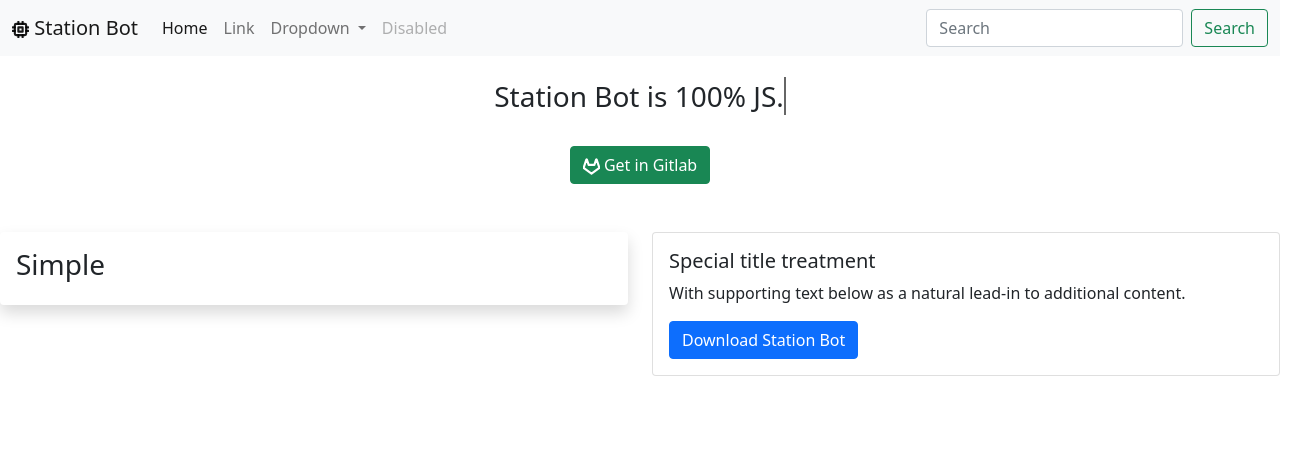
Repository: Valenplayer3000/StationBot-Web
Page: index.html
The author's editor kept a copy of each file at every save. The page is drawn from the files as they stood at one save, then again after the next save.
The browser window is 1280 px wide. The page is 1292 px wide, so the pictures cover 1292 px, including what lies to the right of the window. The pictures show the whole page.
Some web libraries are served in a nearby version.

Above is the page before, as saved 2021-11-01 13:06:31.

After the next save:
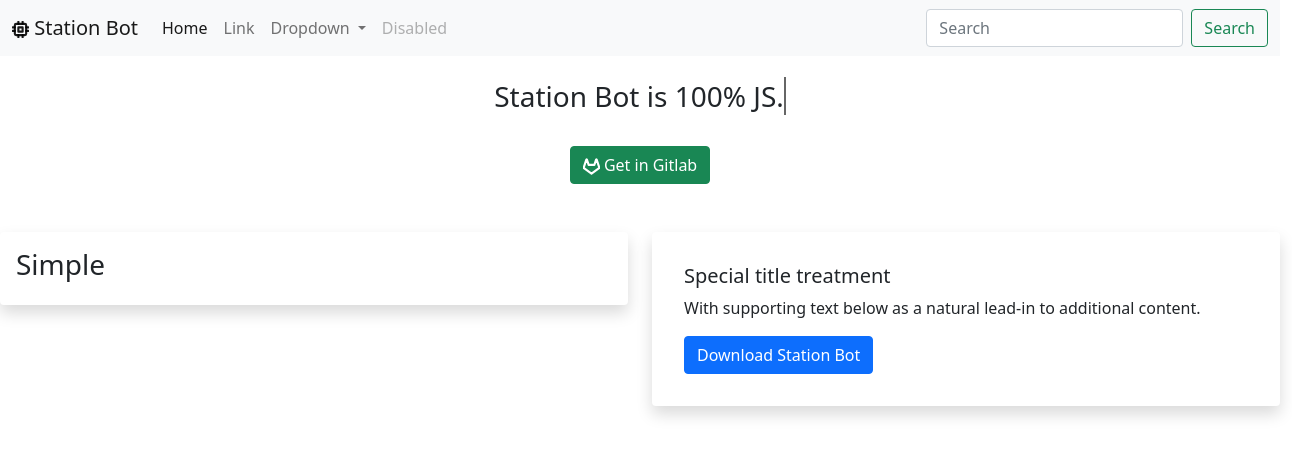
Saved 19 h 44 min later.
--- a/index.html
+++ b/index.html
@@ -70,7 +70,7 @@
           </div>
         </div>
         <div class="col-sm-6">
-          <div class="card">
+          <div class="shadow p-3 mb-5 bg-body rounded">
             <div class="card-body">
               <h5 class="card-title">Special title treatment</h5>
               <p class="card-text">With supporting text below as a natural lead-in to additional content.</p>
